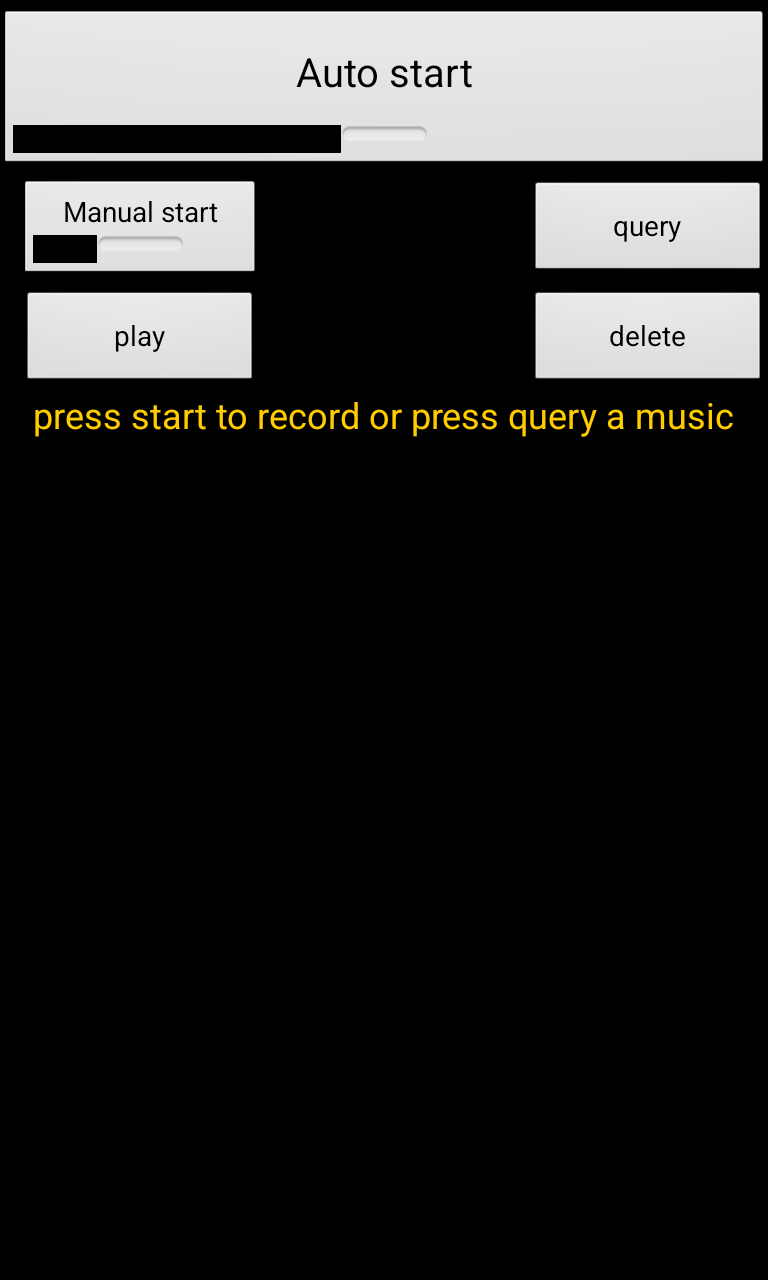
Repository: FreyrChen/tucan_Linux_practice
Layout: 4_Android_program/MusicIdentify/res/layout/activity_main.xml
These files come from the project's save history. The layout is drawn as it stood at one moment and after the next save; the edit follows.
It is drawn on a 768 x 1280 px phone screen (xhdpi) without system bars, with theme AppTheme; the app's code is not run. Lists and similar views that code fills are empty.

Above is the layout before, as saved 2013-06-13 07:04:12.

After the next save:
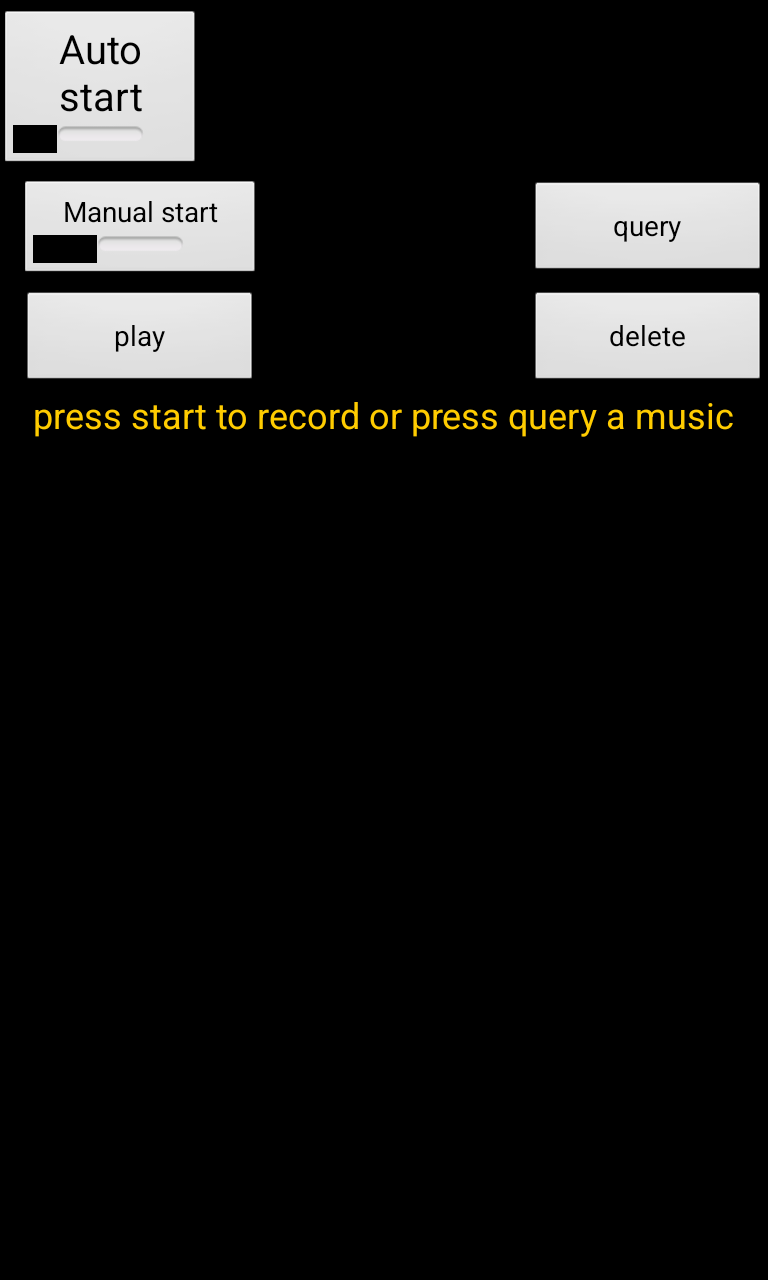
Saved 9 s later.
--- a/4_Android_program/MusicIdentify/res/layout/activity_main.xml
+++ b/4_Android_program/MusicIdentify/res/layout/activity_main.xml
@@ -18,7 +18,7 @@
 		android:textOn="@string/stop"
 		android:textOff="@string/auto_start"
 		android:textSize="20sp"
-	 	android:layout_width="match_parent"
+	 	android:layout_width="100dp"
 	 	android:layout_height="80dp"
 	    android:layout_marginTop="5dp"
 	    android:layout_alignParentLeft="true"
